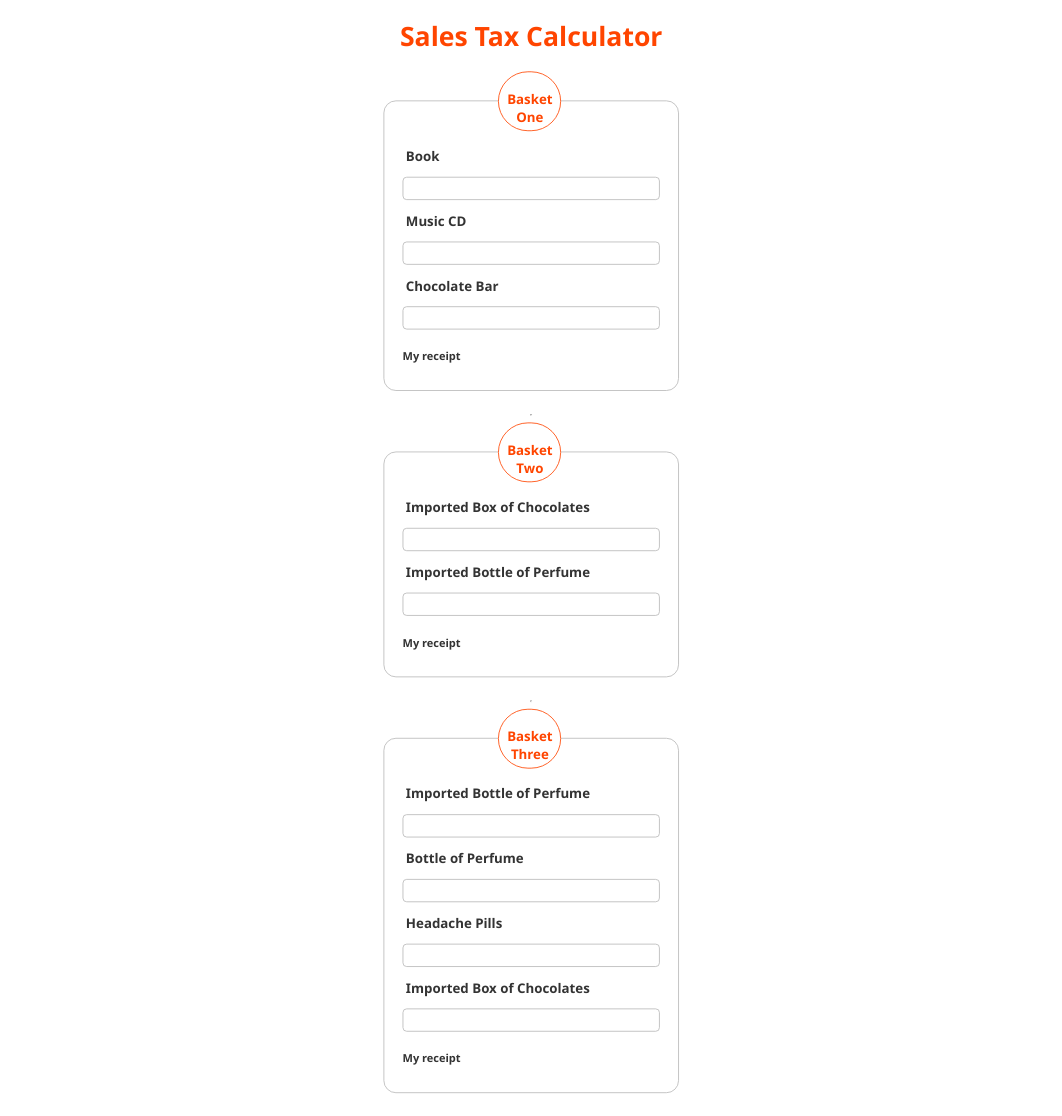
Repository: duzzisantos/sales-tax
Page: index.html
The author's editor kept a copy of each file at every save. The page is drawn from the files as they stood at one save, then again after the next save.
The browser window is 1280 px wide. The pictures show the whole page, at 83% of full size.

Above is the page before, as saved 2022-05-25 23:55:28.

After the next save:
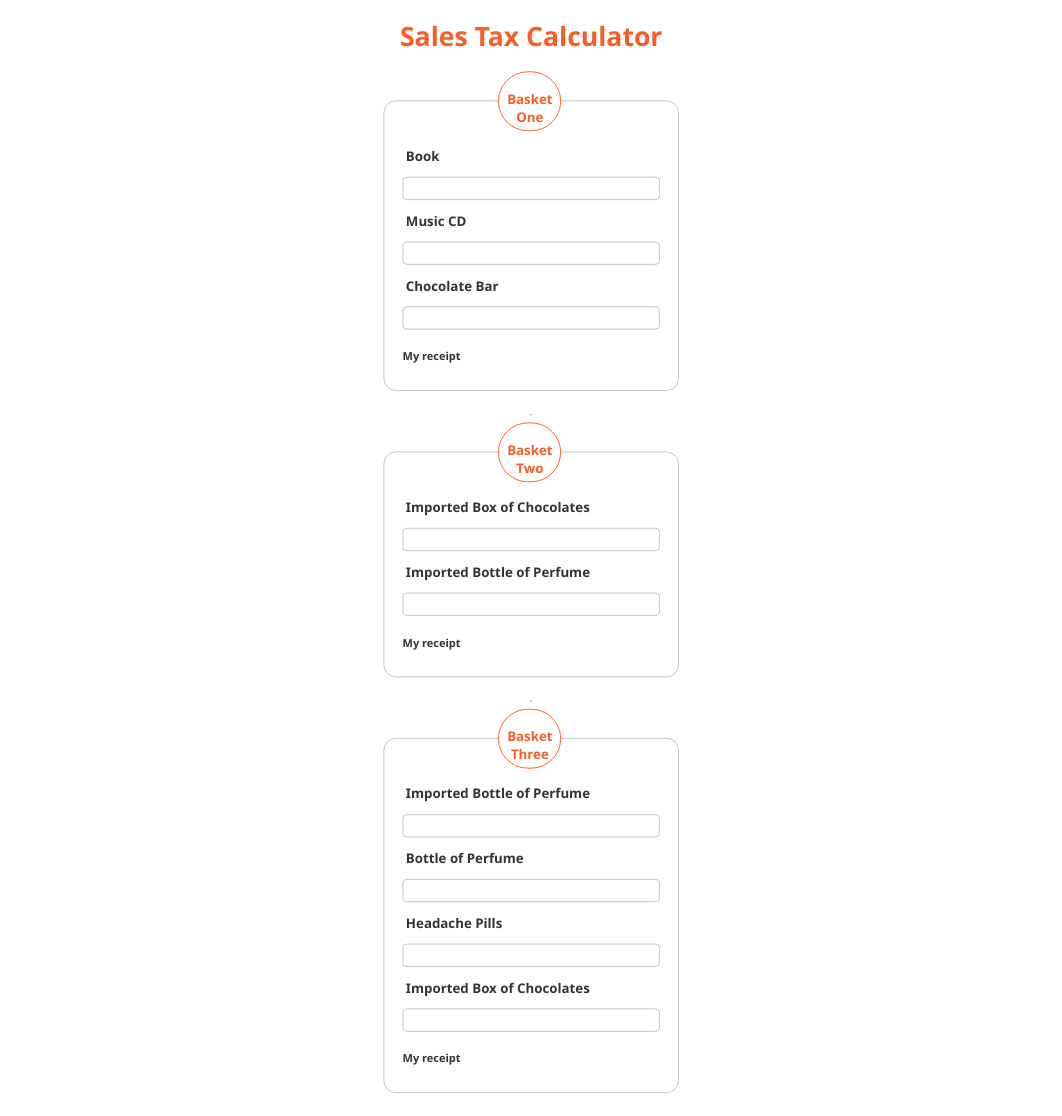
Saved 20 s later.
--- a/style.css
+++ b/style.css
@@ -29,7 +29,7 @@ legend{
 
 legend h4, h1{
     text-align: center;
-    color: orangered;
+    color: rgb(248, 93, 37);
 }
 
 h5{
